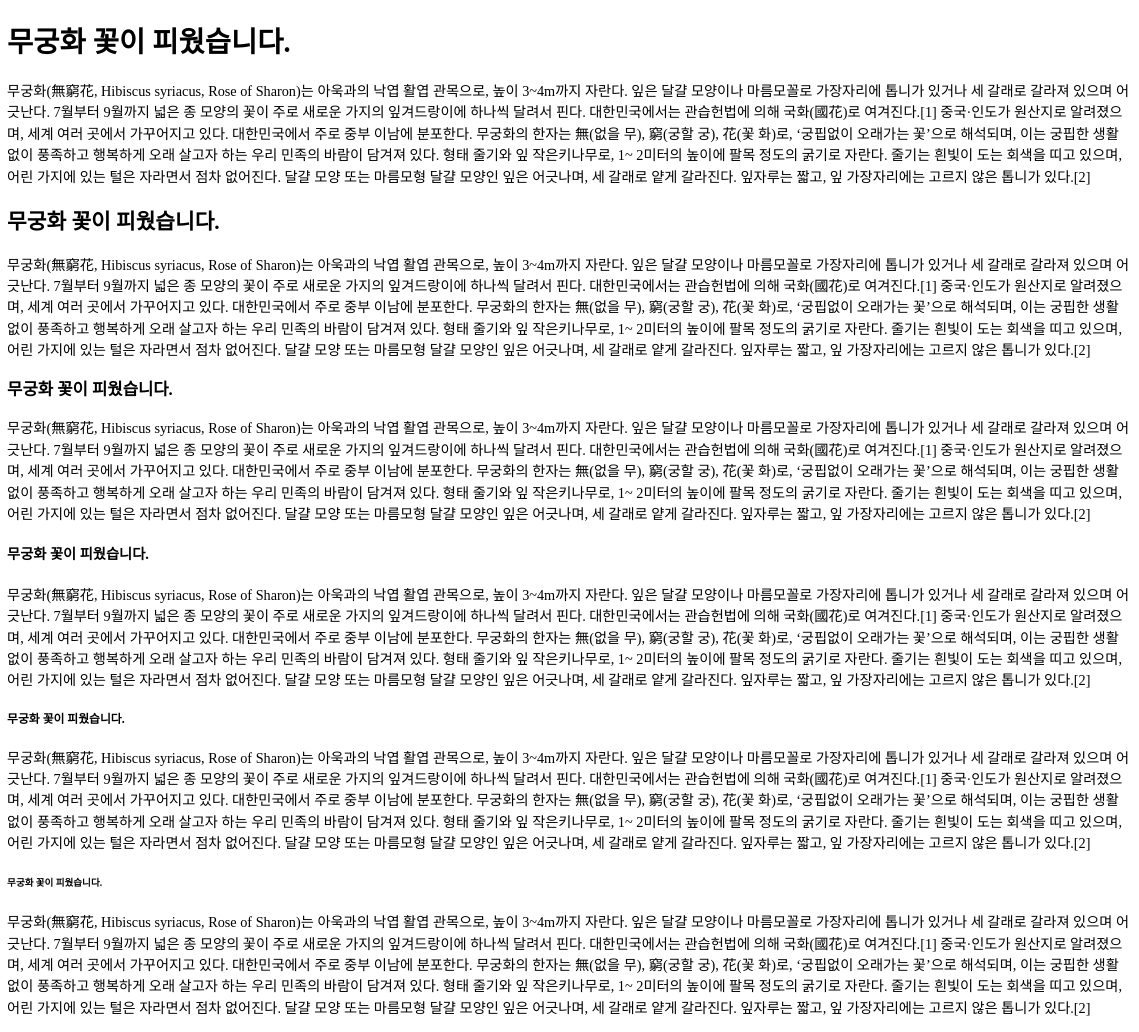
Repository: sH1222J/SH_DDit_WEB_study
Page: workspace/webpro/src/main/webapp/0304/heading제목테스트.html
The author's editor kept a copy of each file at every save. The page is drawn from the files as they stood at one save, then again after the next save.
The browser window is 1280 px wide. The pictures show the whole page, at 89% of full size.

Above is the page before, as saved 2025-03-04 03:03:51.

After the next save:
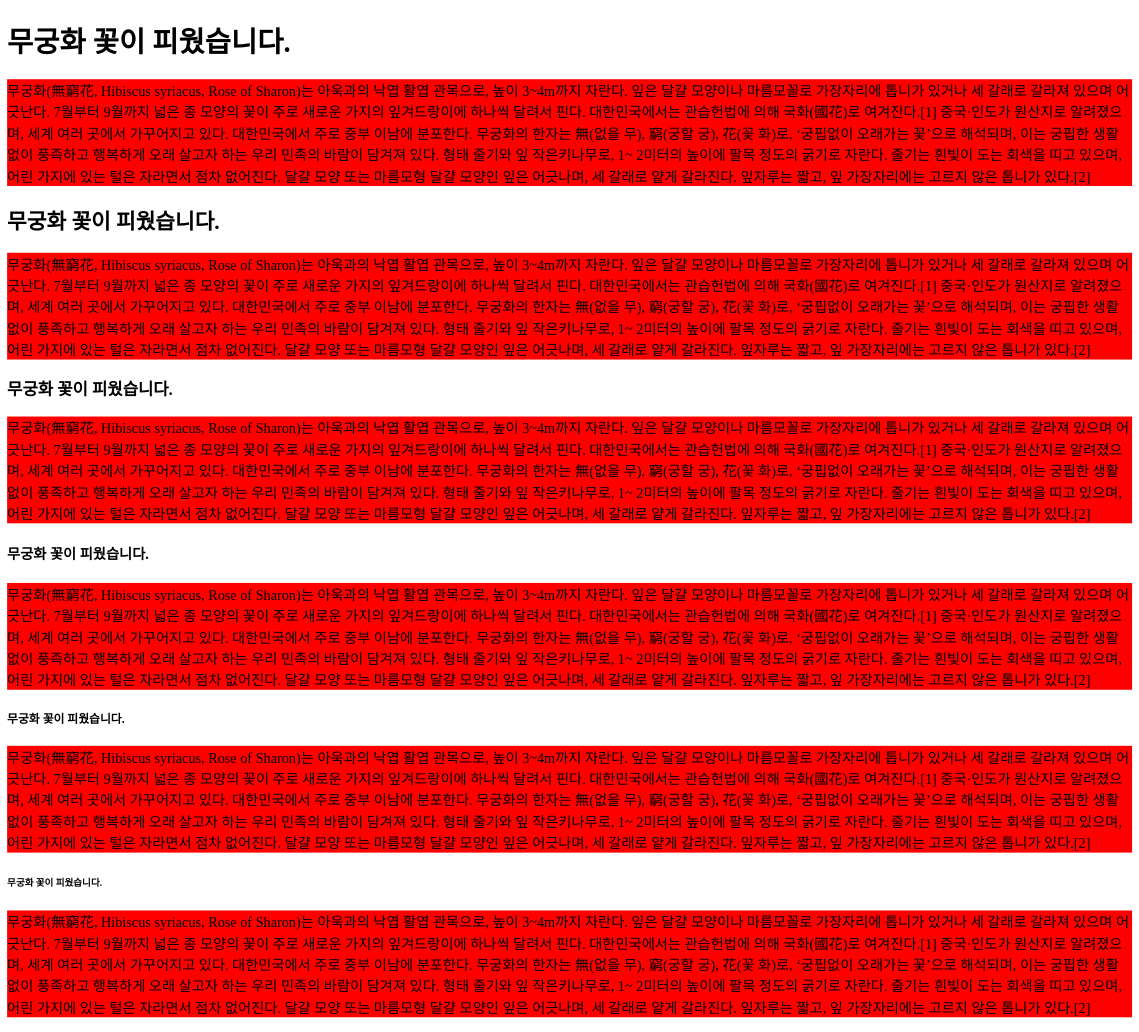
Saved 5 min 15 s later.
--- a/workspace/webpro/src/main/webapp/0304/heading제목테스트.html
+++ b/workspace/webpro/src/main/webapp/0304/heading제목테스트.html
@@ -3,6 +3,17 @@
 <head>
 <meta charset="UTF-8">
 <title>Insert title here</title>
+
+<style>
+h1 {
+	background: srblue;
+}
+
+p {
+	background: rgb(255,0,0);
+}
+</style>
+
 </head>
 <body>
 	<h1>무궁화 꽃이 피웠습니다.</h1>
